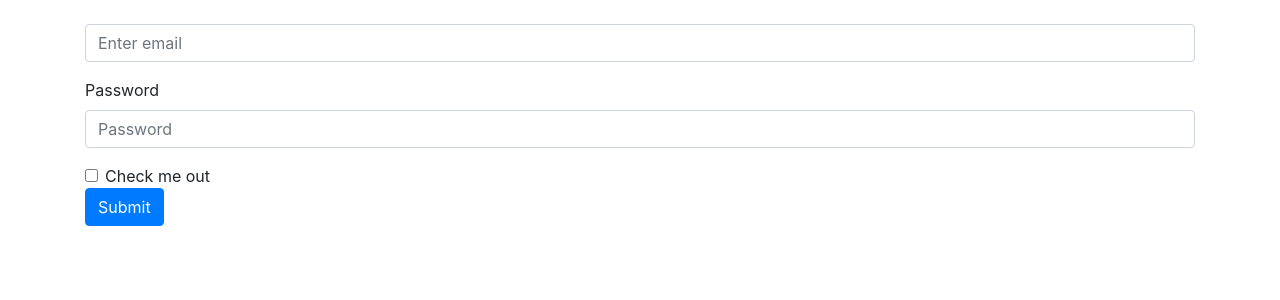
Repository: AMIT1439027/crud-app
Page: http://localhost/user.php
The author's editor kept a copy of each file at every save. The page is drawn from the files as they stood at one save, then again after a run of saves.
The browser window is 1280 px wide. The pictures show the whole page.
The page is run by PHP 8.4 with error messages shown; the project is at /var/www/html/.

Above is the page before, as saved 2024-04-25 10:05:03.

### user.php
<!doctype html>
<html lang="en">
  <head>
    <!-- Required meta tags -->
    <meta charset="utf-8">
    <meta name="viewport" content="width=device-width, initial-scale=1, shrink-to-fit=no">

    <!-- Bootstrap CSS -->
    <link rel="stylesheet" href="https://cdn.jsdelivr.net/npm/bootstrap@4.0.0/dist/css/bootstrap.min.css" integrity="sha384-Gn5384xqQ1aoWXA+058RXPxPg6fy4IWvTNh0E263XmFcJlSAwiGgFAW/dAiS6JXm" crossorigin="anonymous">

    <title>Crud Operation</title>
  </head>
  <body>
  <div class="container">

  <form method ="post">
  <div class="form-group">
    <label ></label>
    <input type="email" class="form-control" placeholder="Enter email">

  </div>
  <div class="form-group">
    <label for="exampleInputPassword1">Password</label>
    <input type="password" class="form-control" id="exampleInputPassword1" placeholder="Password">
  </div>
  <div class="form-check">
    <input type="checkbox" class="form-check-input" id="exampleCheck1">
    <label class="form-check-label" for="exampleCheck1">Check me out</label>
  </div>
  <button type="submit" class="btn btn-primary">Submit</button>
</form>
  </div>

  </body>
</html>

After the next 2 saves:
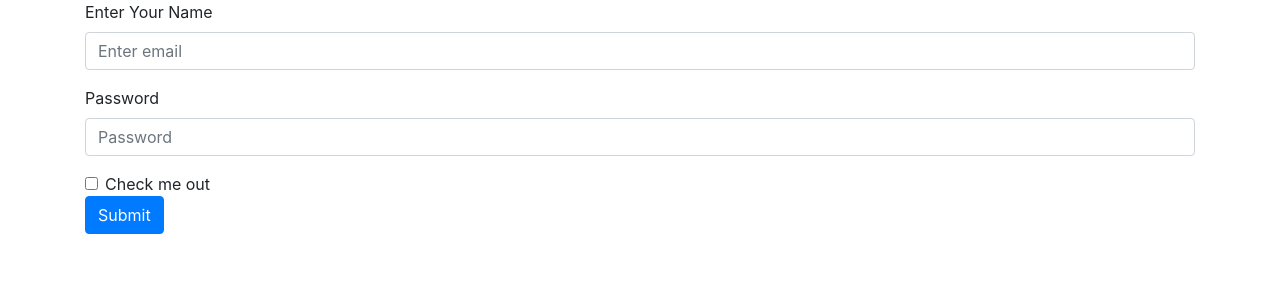
The 2 saves are shown as one change because they came seconds apart.
The last was saved 8 s later.
--- a/user.php
+++ b/user.php
@@ -15,7 +15,7 @@
 
   <form method ="post">
   <div class="form-group">
-    <label ></label>
+    <label >Enter Your Name</label>
     <input type="email" class="form-control" placeholder="Enter email">
 
   </div>
